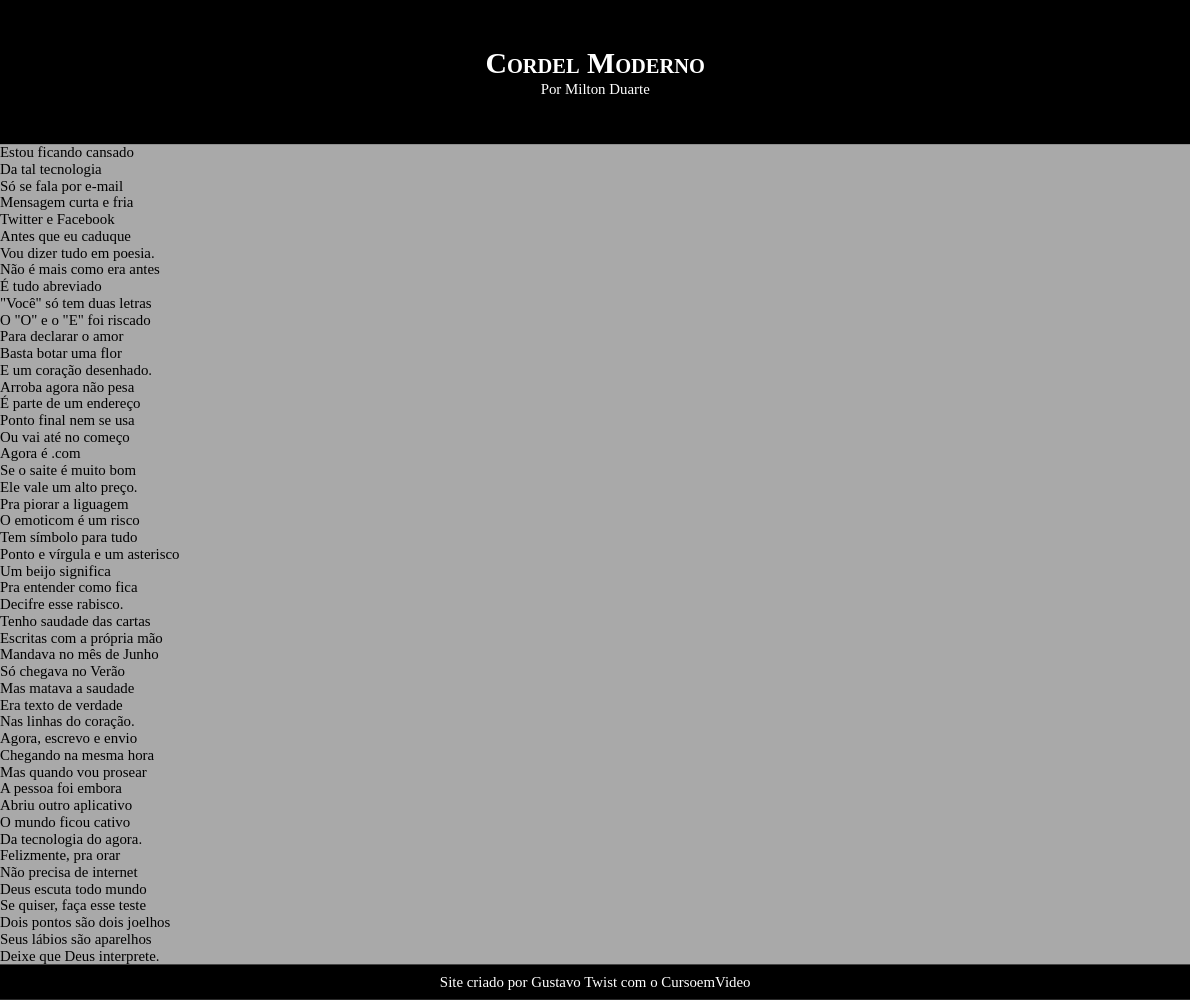
Repository: gustavotwist/projeto-cordel
Page: index.html
The author's editor kept a copy of each file at every save. The page is drawn from the files as they stood at one save, then again after a run of saves.
The browser window is 1280 px wide. The pictures show the whole page, at 93% of full size.

Above is the page before, as saved 2024-04-19 13:52:18.

After the next 4 saves:
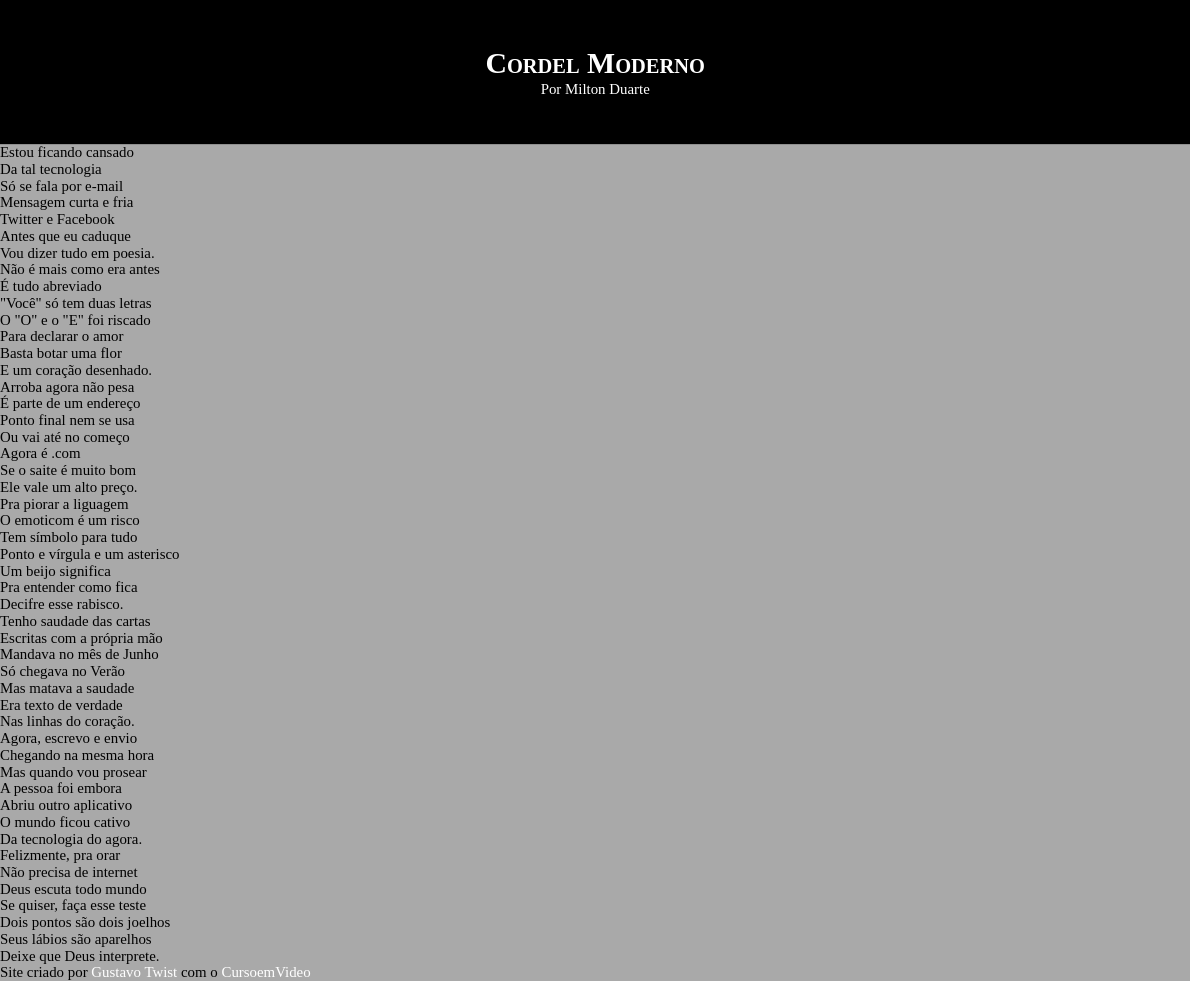
The 4 saves are shown as one change because they came seconds apart.
The last was saved 69 s later.
--- a/estilo/style.css
+++ b/estilo/style.css
@@ -34,6 +34,8 @@
     text-decoration: underline;
 }
 
+section
+
 footer {
     background-color: black;
     color: white;

After the 4 saves that followed:
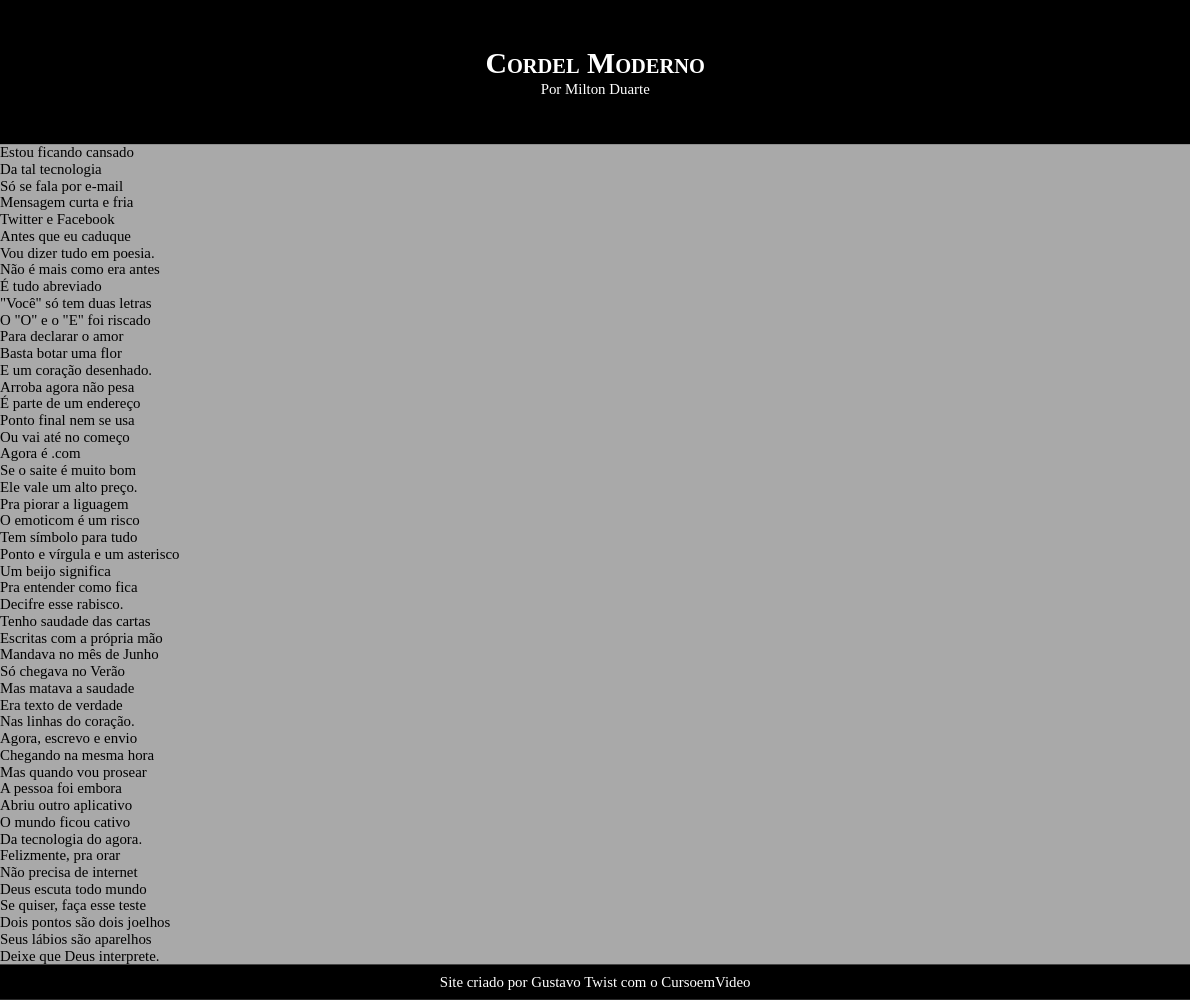
The 4 saves are shown as one change because they came seconds apart.
The last was saved 10 s later.
--- a/estilo/style.css
+++ b/estilo/style.css
@@ -34,7 +34,9 @@
     text-decoration: underline;
 }
 
-section
+section.normal {
+
+}
 
 footer {
     background-color: black;
